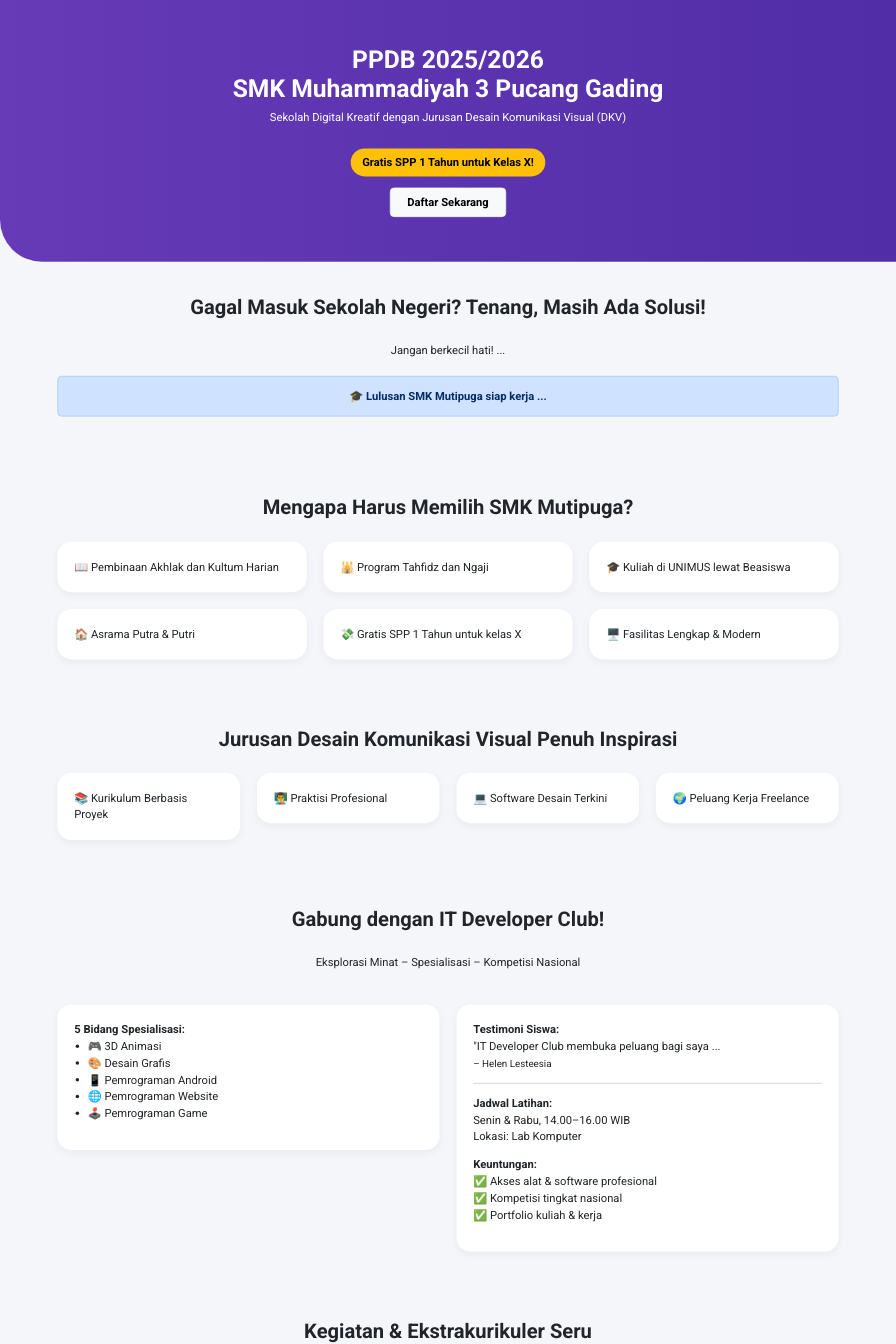
Repository: ppdbsmkmutipuga/ppdbsmkmutipuga.github.io
Page: index.html
These files come from the project's save history. The page is drawn as it stood at one moment and after the next save; the edit follows.
The browser window is 1280 px wide. The pictures show the part of the page from y = 0 to 1920 px (the page is 2705 px tall before and 964 px after), at 70% of full size.

Above is the page before, as saved 2025-06-29 02:38:47.
Not found: main.js

After the next save:
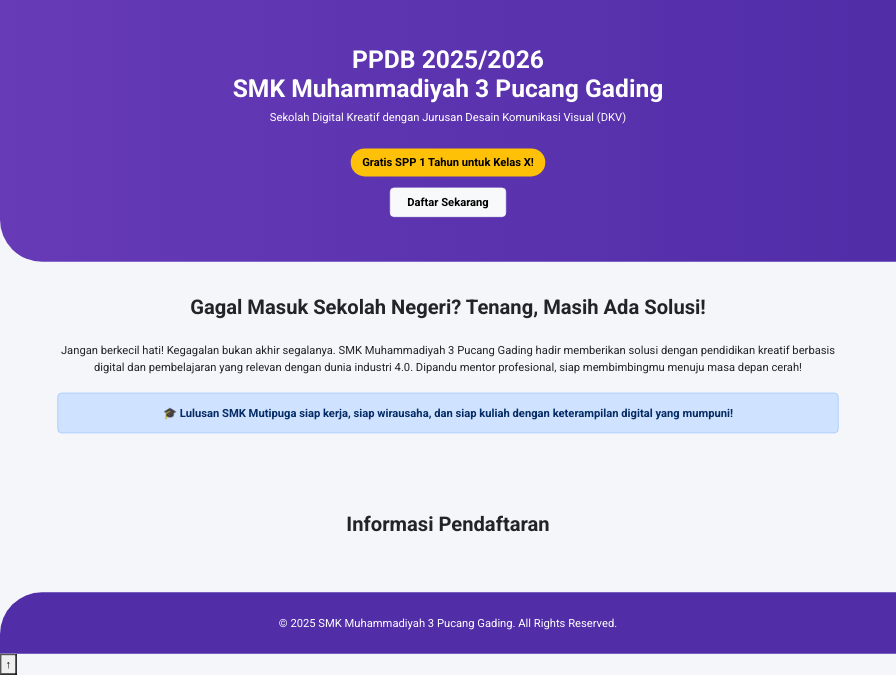
Not found: script.js
Saved 87 s later.
--- a/index.html
+++ b/index.html
@@ -12,7 +12,7 @@
     <title>PPDB SMK Mutipuga 2025/2026</title>
     <link href="https://fonts.googleapis.com/css2?family=Roboto:wght@400;700&display=swap" rel="stylesheet">
     <link href="https://cdn.jsdelivr.net/npm/bootstrap@5.3.3/dist/css/bootstrap.min.css" rel="stylesheet">
-    <link rel="stylesheet" href="style.css">
+    <link href="style.css" rel="stylesheet">
 </head>
 
 <body>
@@ -20,121 +20,34 @@
         <h1>PPDB 2025/2026<br>SMK Muhammadiyah 3 Pucang Gading</h1>
         <p>Sekolah Digital Kreatif dengan Jurusan Desain Komunikasi Visual (DKV)</p>
         <div class="highlight-badge">Gratis SPP 1 Tahun untuk Kelas X!</div><br>
-        <a href="#pendaftaran" class="btn btn-light mt-3 fw-bold px-4 py-2">Daftar Sekarang</a>
+        <a href="#pendaftaran" class="btn btn-light mt-3 fw-bold px-4 py-2" id="scrollButton">Daftar Sekarang</a>
     </header>
 
-    <section class="container py-5">
+    <section class="container py-5 fade-in">
         <h2 class="section-title">Gagal Masuk Sekolah Negeri? Tenang, Masih Ada Solusi!</h2>
-        <p class="text-center">Jangan berkecil hati! ...</p>
+        <p class="text-center">Jangan berkecil hati! Kegagalan bukan akhir segalanya. SMK Muhammadiyah 3 Pucang Gading
+            hadir memberikan solusi dengan pendidikan kreatif berbasis digital dan pembelajaran yang relevan dengan
+            dunia industri 4.0. Dipandu mentor profesional, siap membimbingmu menuju masa depan cerah!</p>
         <div class="alert alert-primary mt-4 text-center fw-semibold">
-            🎓 Lulusan SMK Mutipuga siap kerja ...
+            🎓 Lulusan SMK Mutipuga siap kerja, siap wirausaha, dan siap kuliah dengan keterampilan digital yang
+            mumpuni!
         </div>
     </section>
 
-    <section class="container py-5">
-        <h2 class="section-title">Mengapa Harus Memilih SMK Mutipuga?</h2>
-        <div class="row g-4">
-            <div class="col-md-4"><div class="card-custom">📖 Pembinaan Akhlak dan Kultum Harian</div></div>
-            <div class="col-md-4"><div class="card-custom">🕌 Program Tahfidz dan Ngaji</div></div>
-            <div class="col-md-4"><div class="card-custom">🎓 Kuliah di UNIMUS lewat Beasiswa</div></div>
-            <div class="col-md-4"><div class="card-custom">🏠 Asrama Putra & Putri</div></div>
-            <div class="col-md-4"><div class="card-custom">💸 Gratis SPP 1 Tahun untuk kelas X</div></div>
-            <div class="col-md-4"><div class="card-custom">🖥️ Fasilitas Lengkap & Modern</div></div>
-        </div>
-    </section>
-
-    <section class="container py-5">
-        <h2 class="section-title">Jurusan Desain Komunikasi Visual Penuh Inspirasi</h2>
-        <div class="row g-4">
-            <div class="col-md-3"><div class="card-custom">📚 Kurikulum Berbasis Proyek</div></div>
-            <div class="col-md-3"><div class="card-custom">👨‍🏫 Praktisi Profesional</div></div>
-            <div class="col-md-3"><div class="card-custom">💻 Software Desain Terkini</div></div>
-            <div class="col-md-3"><div class="card-custom">🌍 Peluang Kerja Freelance</div></div>
-        </div>
-    </section>
-
-    <section class="container py-5">
-        <h2 class="section-title">Gabung dengan IT Developer Club!</h2>
-        <p class="text-center">Eksplorasi Minat – Spesialisasi – Kompetisi Nasional</p>
-        <div class="row g-4 mt-4">
-            <div class="col-md-6">
-                <div class="card-custom">
-                    <strong>5 Bidang Spesialisasi:</strong>
-                    <ul>
-                        <li>🎮 3D Animasi</li>
-                        <li>🎨 Desain Grafis</li>
-                        <li>📱 Pemrograman Android</li>
-                        <li>🌐 Pemrograman Website</li>
-                        <li>🕹️ Pemrograman Game</li>
-                    </ul>
-                </div>
-            </div>
-            <div class="col-md-6">
-                <div class="card-custom">
-                    <strong>Testimoni Siswa:</strong>
-                    <blockquote>"IT Developer Club membuka peluang bagi saya ...<br><small>– Helen Lesteesia</small></blockquote>
-                    <hr>
-                    <p><strong>Jadwal Latihan:</strong><br>Senin & Rabu, 14.00–16.00 WIB<br>Lokasi: Lab Komputer</p>
-                    <p><strong>Keuntungan:</strong><br>
-                        ✅ Akses alat & software profesional<br>
-                        ✅ Kompetisi tingkat nasional<br>
-                        ✅ Portfolio kuliah & kerja</p>
-                </div>
-            </div>
-        </div>
-    </section>
-
-    <section class="container py-5">
-        <h2 class="section-title">Kegiatan & Ekstrakurikuler Seru</h2>
-        <div class="row g-4">
-            <div class="col-md-3"><div class="card-custom">💻 Coding di Lab</div></div>
-            <div class="col-md-3"><div class="card-custom">🖌️ Desain Grafis</div></div>
-            <div class="col-md-3"><div class="card-custom">📖 Ngaji Bersama</div></div>
-            <div class="col-md-3"><div class="card-custom">🏅 Tapak Suci, Futsal & Seni</div></div>
-        </div>
-    </section>
-
-    <section id="pendaftaran" class="container py-5">
+    <!-- Bagian lainnya tetap seperti semula, tambahkan class "fade-in" pada section -->
+    <section id="pendaftaran" class="container py-5 fade-in">
         <h2 class="section-title">Informasi Pendaftaran</h2>
-        <div class="row g-4">
-            <div class="col-md-6">
-                <div class="card-custom">
-                    <strong>Syarat Pendaftaran:</strong>
-                    <ul>
-                        <li>📝 Mengisi Formulir</li>
-                        <li>📄 Fotokopi Ijazah / SKL</li>
-                        <li>📁 Fotokopi KK, KTP Ortu, Akta</li>
-                        <li>🖼️ Pas Foto 3x4 (4 lembar)</li>
-                    </ul>
-                    <p><strong>Jadwal:</strong><br>Gelombang 1: Jan–Mar 2025<br>Gelombang 2: Apr–Jun 2025</p>
-                    <div class="highlight-badge mt-3">Promo: Gratis SPP 1 Tahun*</div>
-                </div>
-            </div>
-            <div class="col-md-6">
-                <div class="card-custom">
-                    <strong>Biaya & Kontak:</strong>
-                    <ul class="mb-2">
-                        <li>💳 Seragam: Rp1.000.000,-</li>
-                        <li>📚 SPP Kelas XI & XII: Rp100.000,- / bulan</li>
-                        <li>🏫 Wakaf Gelombang 1: Rp500.000,-</li>
-                        <li>🧪 Praktikum: Rp65.000,- / bulan</li>
-                    </ul>
-                    <hr>
-                    <p>📱 WhatsApp: 081325977099<br>
-                        ✉️ Email: smkmuh3puding@gmail.com<br>
-                        📍 Alamat: Jl. Pucang Gading Raya, Batursari</p>
-                </div>
-            </div>
-        </div>
-        <p class="text-center mt-3"><small>*Syarat & ketentuan berlaku</small></p>
+        <!-- Isi pendaftaran -->
     </section>
 
     <footer class="footer">
         &copy; 2025 SMK Muhammadiyah 3 Pucang Gading. All Rights Reserved.
     </footer>
 
+    <button id="scrollTopBtn" title="Kembali ke atas">&uarr;</button>
+
     <script src="https://cdn.jsdelivr.net/npm/bootstrap@5.3.3/dist/js/bootstrap.bundle.min.js"></script>
-    <script src="main.js"></script>
+    <script src="script.js"></script>
 </body>
 
 </html>
